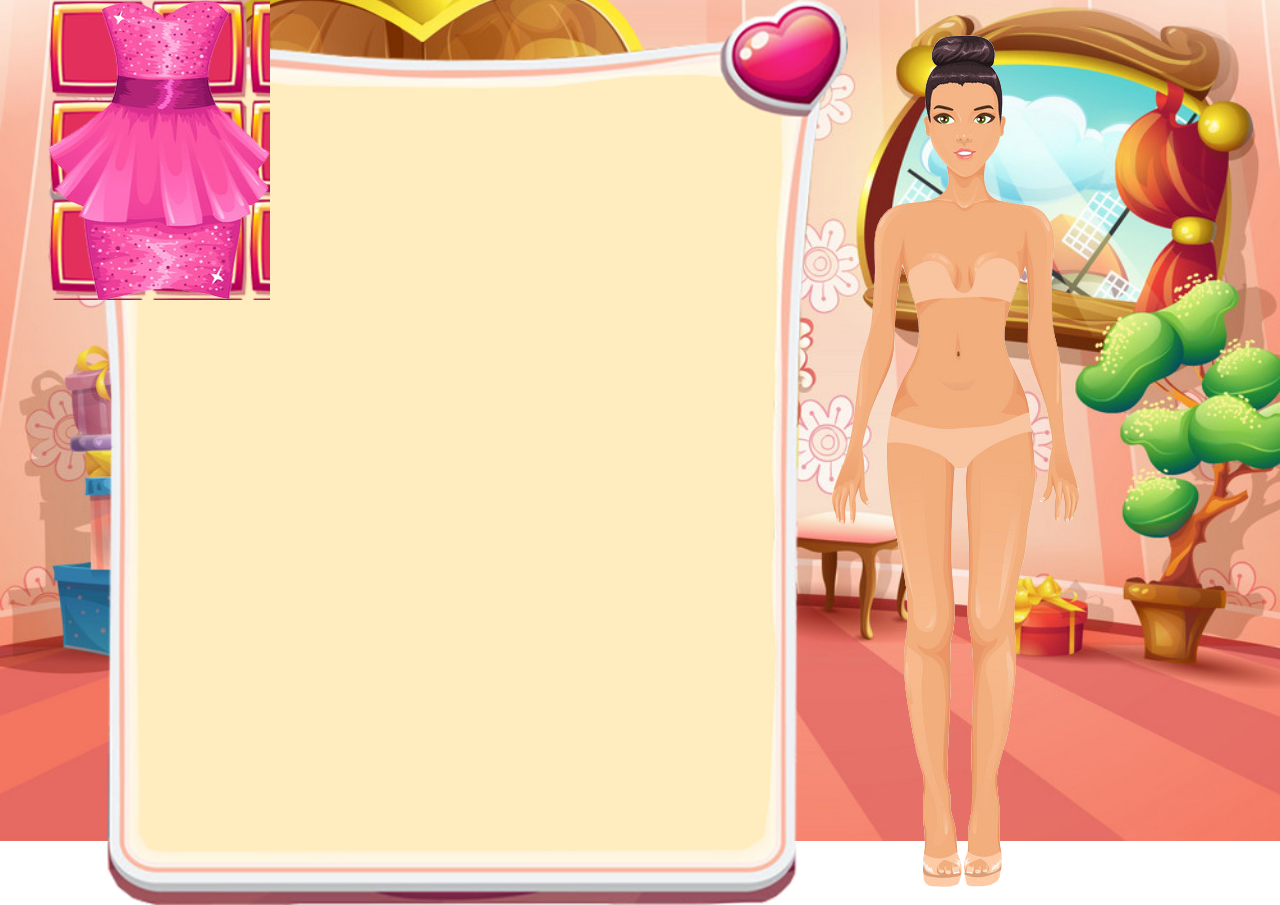
Repository: bunbubam/GameThayDoReactjs_NguyenKhacNghia
Page: /
The author's editor kept a copy of each file at every save. The page is drawn from the files as they stood at one save, then again after the next save.
The browser window is 1280 px wide. The pictures show the whole page.
The project was rebuilt for these pictures with package versions that can differ from the ones it lists, and the page was loaded fresh each time.

Above is the page before, as saved 2022-03-30 15:45:11.

### public/index.html
<!doctype html>
<html lang="en">
  <head>
    <title>GameThaydo</title>
    <!-- Required meta tags -->
    <meta charset="utf-8">
    <meta name="viewport" content="width=device-width, initial-scale=1, shrink-to-fit=no">

    <!-- Bootstrap CSS -->
    <link rel="stylesheet" href="https://stackpath.bootstrapcdn.com/bootstrap/4.3.1/css/bootstrap.min.css" integrity="sha384-ggOyR0iXCbMQv3Xipma34MD+dH/1fQ784/j6cY/iJTQUOhcWr7x9JvoRxT2MZw1T" crossorigin="anonymous">
  </head>
  <body>
    <div id="root"></div>
    <!-- Optional JavaScript -->
    <!-- jQuery first, then Popper.js, then Bootstrap JS -->
    <script src="https://code.jquery.com/jquery-3.3.1.slim.min.js" integrity="sha384-q8i/X+965DzO0rT7abK41JStQIAqVgRVzpbzo5smXKp4YfRvH+8abtTE1Pi6jizo" crossorigin="anonymous"></script>
    <script src="https://cdnjs.cloudflare.com/ajax/libs/popper.js/1.14.7/umd/popper.min.js" integrity="sha384-UO2eT0CpHqdSJQ6hJty5KVphtPhzWj9WO1clHTMGa3JDZwrnQq4sF86dIHNDz0W1" crossorigin="anonymous"></script>
    <script src="https://stackpath.bootstrapcdn.com/bootstrap/4.3.1/js/bootstrap.min.js" integrity="sha384-JjSmVgyd0p3pXB1rRibZUAYoIIy6OrQ6VrjIEaFf/nJGzIxFDsf4x0xIM+B07jRM" crossorigin="anonymous"></script>
  </body>
</html>

### src/App.js
import logo from './logo.svg';
import './App.css';
import Dress from './gamethaydo/dress';

function App() {
  return (
    <Dress></Dress>
  );
}

export default App;

### src/App.css
body {
    background: url(gamethaydo/images/dress-room.jpg) no-repeat;
    background-position: 50% 53%;
    background-size: cover;
}
.dress-main .row {height: 100vh;}
.girl img {
    position: absolute;
    bottom: 2%;
    left: 30%;
}
.clothing-box  .row{
    background: url(gamethaydo/images/box.png) no-repeat;
    background-position: 50% 50%;
    background-size: cover;
    width: 800px;
    height: 905px;
}
.clothing-item {
    position: absolute;
    top: 0;
    left: 0;
    background: url(gamethaydo/images/menu.png);
}

### src/gamethaydo/dress.js
import React, {Component} from 'react';
import Girl from './images/girl.png';
import Clothing1 from './images/trangphuc1.png';
import Clothing2 from './images/trangphuc2.png';
import Clothing3 from './images/trangphuc3.png';
import Clothing4 from './images/trangphuc4.png';
import Clothing5 from './images/trangphuc5.png';
import Clothing6 from './images/trangphuc6.png';
import Clothing7 from './images/trangphuc7.png';
import Clothing8 from './images/trangphuc8.png';
import Clothing9 from './images/trangphuc9.png';
import Clothing10 from './images/trangphuc10.png';

class Dress extends Component {
    state = {
        girl : Girl,
        clothing : Girl

    }
changeClothing = (imgs) => {
        return(
            this.setState({
                clothing : imgs
            })
        )
    }
    render() {
        return(
            <div className='container-fluid'>
                <div className='dress-main'>
                    <div className='row'>
                        <div className='col-12 col-xl-6 block-left'>
                            <div className='clothing-box position-relative ml-md-5'>
                                <div className='row'>
                                    <div className='col-12 col-xl-4'>
                                        <div className='clothing-item'>
                                            <img onClick={()=>this.changeClothing(Clothing1)} src={require('./images/trangphuc1.png')} className='img-fluid'/>
                                        </div>
                                    </div>
                                </div>
                            </div>
                        </div>
                        <div className='col-12 col-xl-6 block-right position-relative'>
                            <div className='girl'>
                                <img src={this.state.girl} className='img-fluid'/>
                                <img src={this.state.clothing} className='img-fluid'/>
                            </div>
                        </div>
                    </div>
                </div>
            </div>
        )
    };
}
export default Dress;

Loaded but not shown: src/index.js (common file); src/index.css (common file); src/reportWebVitals.js (common file)

After the next save:
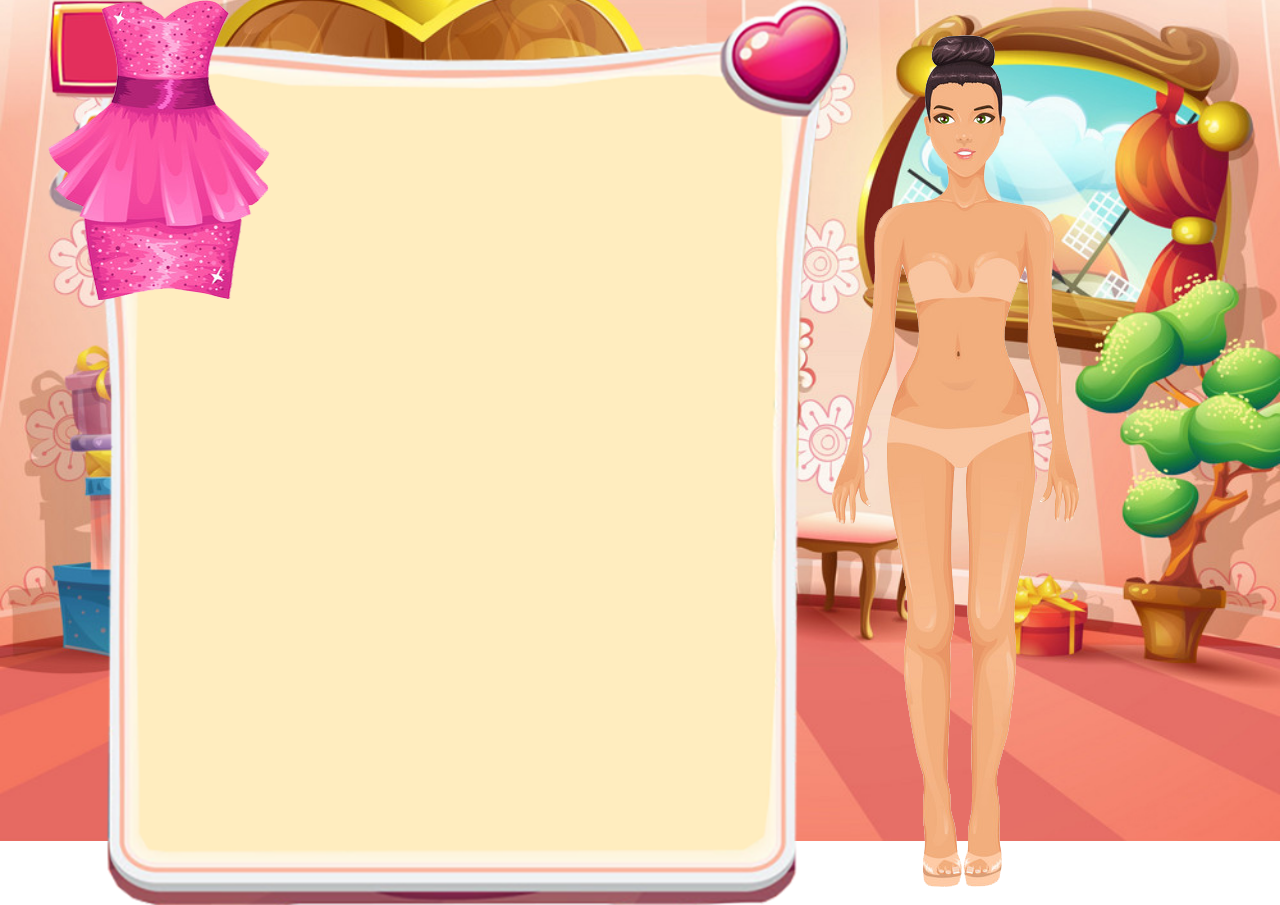
Saved 23 s later.
--- a/src/App.css
+++ b/src/App.css
@@ -20,5 +20,5 @@ body {
     position: absolute;
     top: 0;
     left: 0;
-    background: url(gamethaydo/images/menu.png);
+    background: url(gamethaydo/images/menu.png) no-repeat;
 }
